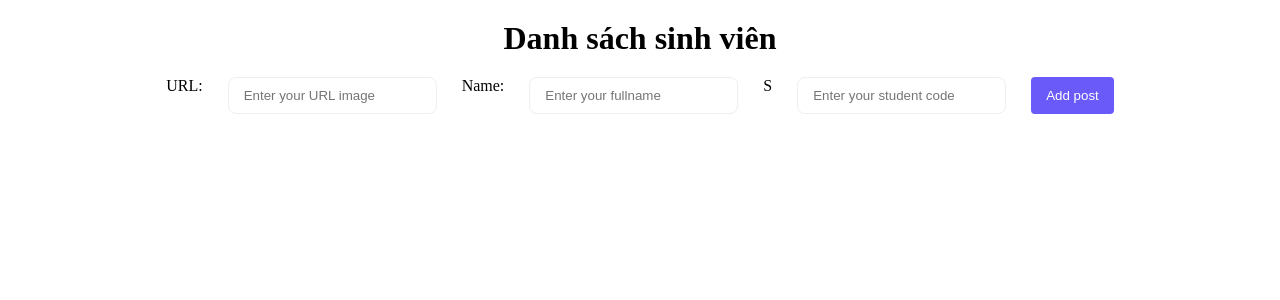
Repository: doquang195/demo-api
Page: indext.html
These files come from the project's save history. The page is drawn as it stood at one moment and after the next save; the edit follows.
The browser window is 1280 px wide. The pictures show the whole page.

Above is the page before, as saved 2023-10-04 21:48:52.

After the next save:
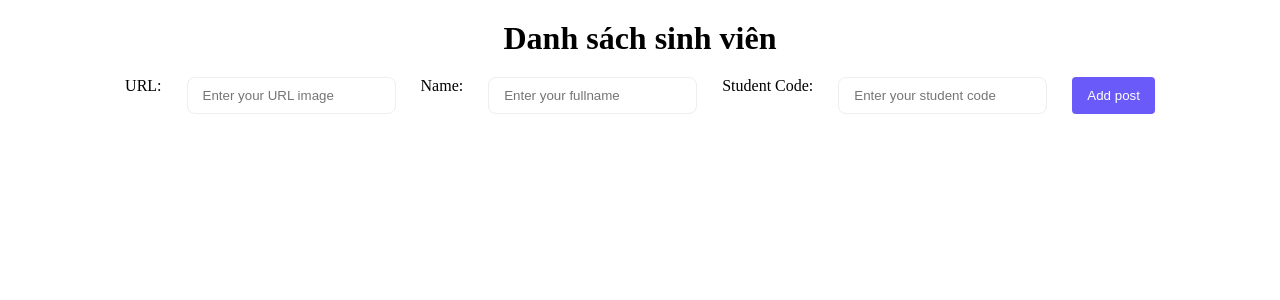
Saved 4 s later.
--- a/indext.html
+++ b/indext.html
@@ -21,7 +21,7 @@
             />
             <label>Name:</label>
             <input type="text" name="name" placeholder="Enter your fullname" />
-            <label>S</label>
+            <label>Student Code:</label>
             <input
                 type="text"
                 name="code"
